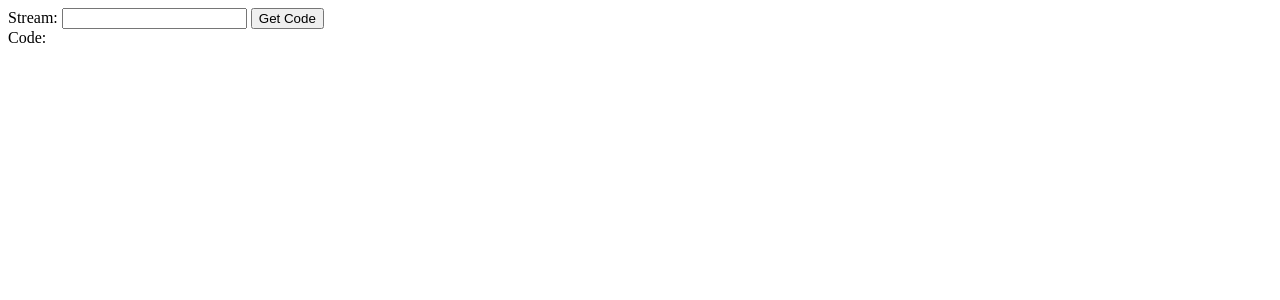
Repository: prashant4nov/CodeApp
Page: webapp/CodeApp/WebContent/index.html
These files come from the project's save history. The page is drawn as it stood at one moment and after the next save; the edit follows.
The browser window is 1280 px wide. The pictures show the whole page.
Some web libraries are served in a nearby version.

Above is the page before, as saved 2017-01-13 19:13:25.

### webapp/CodeApp/WebContent/index.html
<!DOCTYPE html>
<html>
<head>
<script src="https://ajax.googleapis.com/ajax/libs/jquery/3.1.1/jquery.min.js"></script>
</head>
<body>

 <form onkeypress="myFunction()" onsubmit="myFunction()">
            Stream: <input name="stream" type="text" id="stream">
            <input type="submit" value="Get Code">
            <br>
 </form>
<span>Code: </span><span id="update"></span>

<script>
function myFunction(form) {
    $.ajax({url: "mapping", type: "POST", data: {'data': document.getElementById("stream").value},success: function(result){
        document.getElementById("update").innerHTML = result;
    }});
}
</script>

</body>
</html>



</body>
</html>

After the next save:
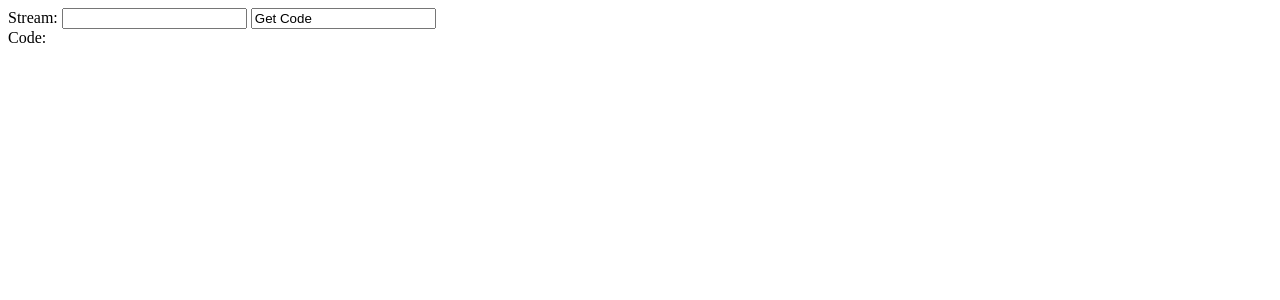
Saved 75 s later.
--- a/webapp/CodeApp/WebContent/index.html
+++ b/webapp/CodeApp/WebContent/index.html
@@ -7,7 +7,7 @@
 
  <form onkeypress="myFunction()" onsubmit="myFunction()">
             Stream: <input name="stream" type="text" id="stream">
-            <input type="submit" value="Get Code">
+            <input value="Get Code">
             <br>
  </form>
 <span>Code: </span><span id="update"></span>

After the save that followed:
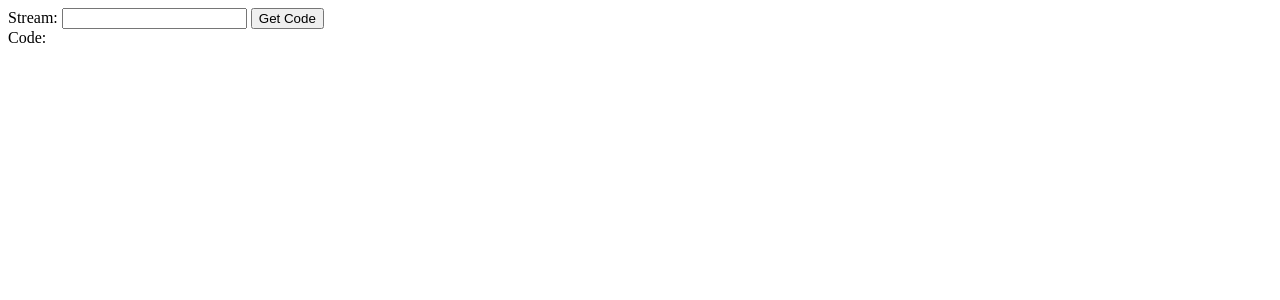
Saved 8 s later.
--- a/webapp/CodeApp/WebContent/index.html
+++ b/webapp/CodeApp/WebContent/index.html
@@ -7,7 +7,7 @@
 
  <form onkeypress="myFunction()" onsubmit="myFunction()">
             Stream: <input name="stream" type="text" id="stream">
-            <input value="Get Code">
+            <input type="submit" value="Get Code">
             <br>
  </form>
 <span>Code: </span><span id="update"></span>
